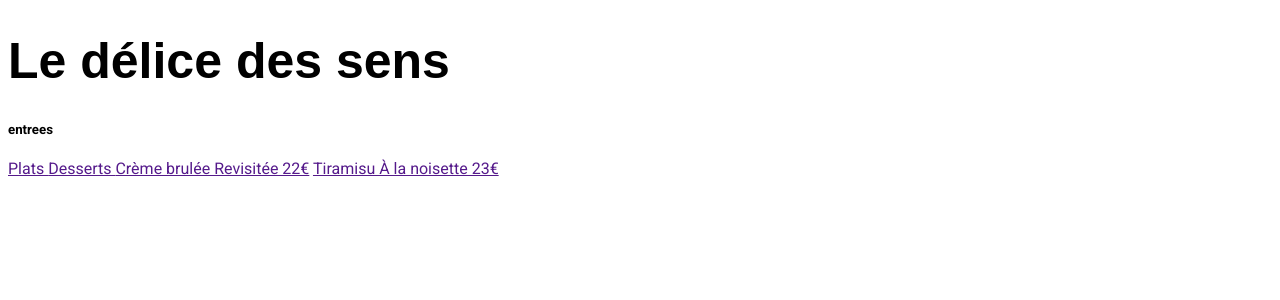
Repository: lysianebo/OHMYFOOD
Page: Le_délice_des sens.html
The author's editor kept a copy of each file at every save. The page is drawn from the files as they stood at one save, then again after the next save.
The browser window is 1280 px wide. The pictures show the whole page.
Some web fonts or font styles are not loaded; a fallback is used. Some web libraries are served in a nearby version.

Above is the page before, as saved 2022-10-22 16:13:54.

### Le_délice_des sens.html
<!DOCTYPE html>
<html lang="en">
<head>
    <meta charset="UTF-8">
    <meta http-equiv="X-UA-Compatible" content="IE=edge">
    <meta name="viewport" content="width=device-width, initial-scale=1.0">
    <link rel="stylesheet" href="public/css/main.css"/>

    <title>Document</title>
</head>
<body>
    <h1>Le délice des sens</h1>

   <h5>entrees</h5>
   <a href="" class="btn grey"Tartare de thon
    Assaisonné au yuzu
    25€

    <a href="" class="btn grey" Bouchée de homard croustillant
    Et sa farandole de petits légumes
    35€

    <a href="" class="btn grey"Velouté de cèpes
    Aux truffes
    20€

    <h5>Plats</h5>
    <a href="" class="btn grey"Poulet rôti aux herbes de Provence
    Et sa crème de truffe
    40€

    Langouste rôtie
    <a href="" class="btn grey"Et ses légumes de saison
    35€

    <a href="" class="btn grey"Côte de boeuf Angus
    Et sa purée de panais
    44€

    <h5>Desserts</h5>
    <a href="" class="btn grey"Farandole de desserts
    Du chef
    18€</a></a>

    <a href="" class="btn grey">Crème brulée
    Revisitée
    22€</a>

    <a href="" class="btn grey">Tiramisu
    À la noisette
    23€</a>

</body>
</html>

### public/css/main.css
@import url("https://fonts.googleapis.com/css2?family=Roboto:wght@400;500;700;900&display=swap");
@import url("https://fonts.googleapis.com/css2?family=Shrikhand&display=swap");
@import url("https://cdnjs.cloudflare.com/ajax/libs/font-awesome/6.1.2/css/all.css");
body {
  font-family: Roboto, sans-serif;
  font-size: 16px;
}

h1 {
  font-family: Shrikhand, sans-serif;
  font-size: 50px;
  font-weight: 700;
  line-height: 1.1;
}

h4 {
  font-family: Shrikhand, sans-serif;
  font-size: 30px;
}

ul {
  list-style-type: none;
  text-decoration: none;
}

span {
  font-family: Roboto, sans-serif;
  font-size: 50px;
}

/*# sourceMappingURL=main.css.map */

After the next save:
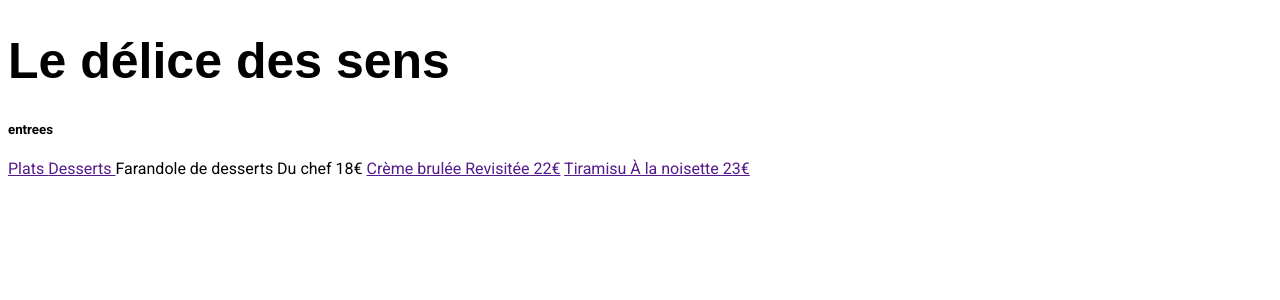
Saved 7 s later.
--- a/Le_délice_des sens.html
+++ b/Le_délice_des sens.html
@@ -38,9 +38,9 @@
     44€
 
     <h5>Desserts</h5>
-    <a href="" class="btn grey"Farandole de desserts
+    <a href="" class="btn grey"></a>Farandole de desserts
     Du chef
-    18€</a></a>
+    18€</a>
 
     <a href="" class="btn grey">Crème brulée
     Revisitée
